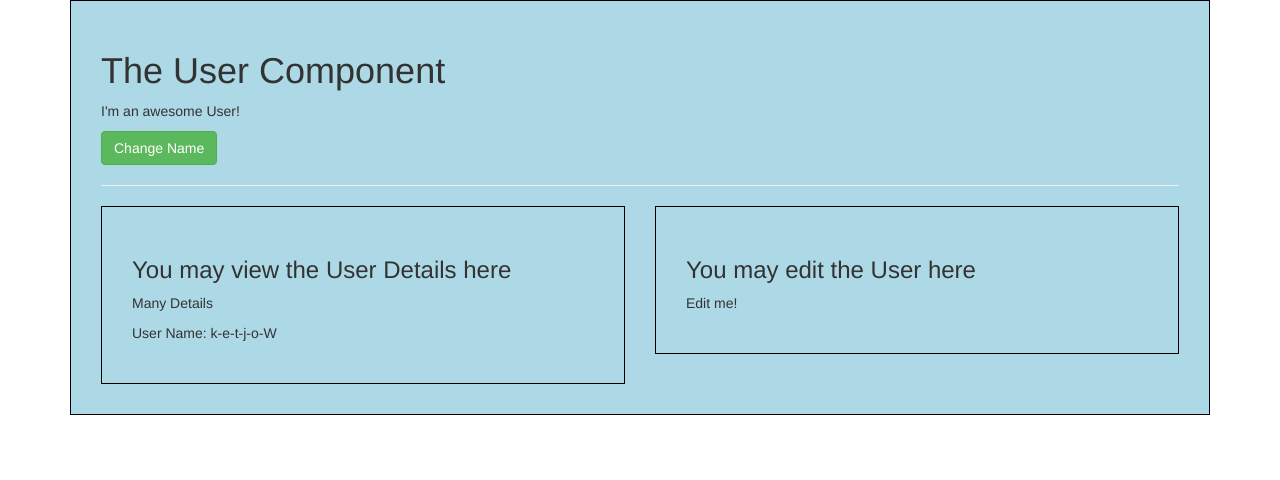
Repository: wojkos/Learn
Page: / (app in Vue/module8/)
These files come from the project's save history. The page is drawn as it stood at one moment and after the next save; the edit follows.
The browser window is 1280 px wide. The pictures show the whole page.
The project was rebuilt for these pictures with package versions that can differ from the ones it lists, and the page was loaded fresh each time. Also part of the build but not shown: Vue/module8/webpack.config.js.

Above is the page before, as saved 2018-04-25 16:14:05.

After the next save:
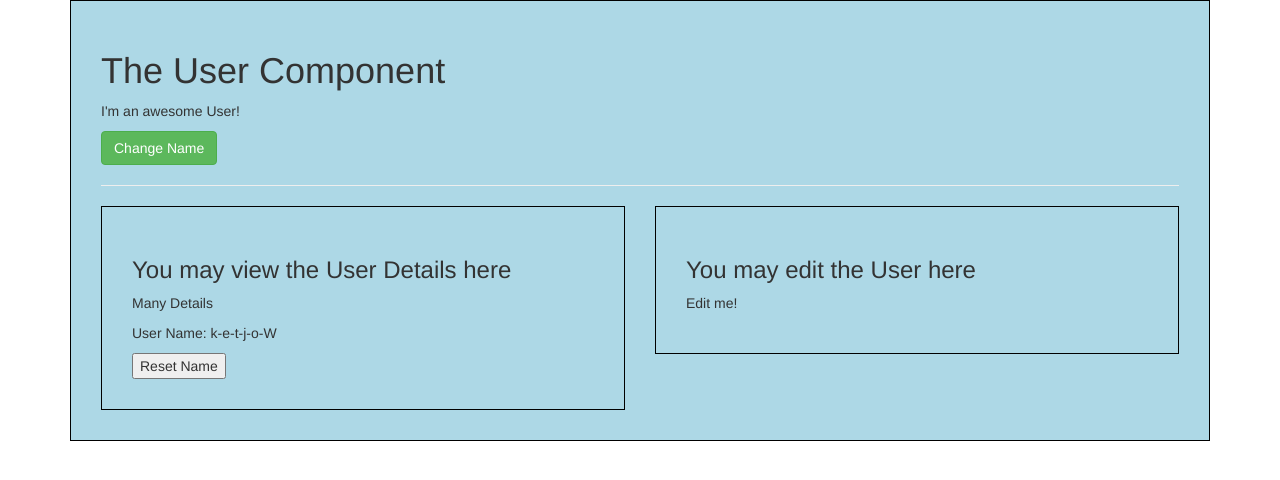
Saved 4 min 12 s later.
--- a/Vue/module8/src/components/UserDetail.vue
+++ b/Vue/module8/src/components/UserDetail.vue
@@ -3,6 +3,7 @@
         <h3>You may view the User Details here</h3>
         <p>Many Details</p>
         <p>User Name: {{ switchName() }}</p>
+		<button @click="resetName">Reset Name</button>
     </div>
 </template>
 
